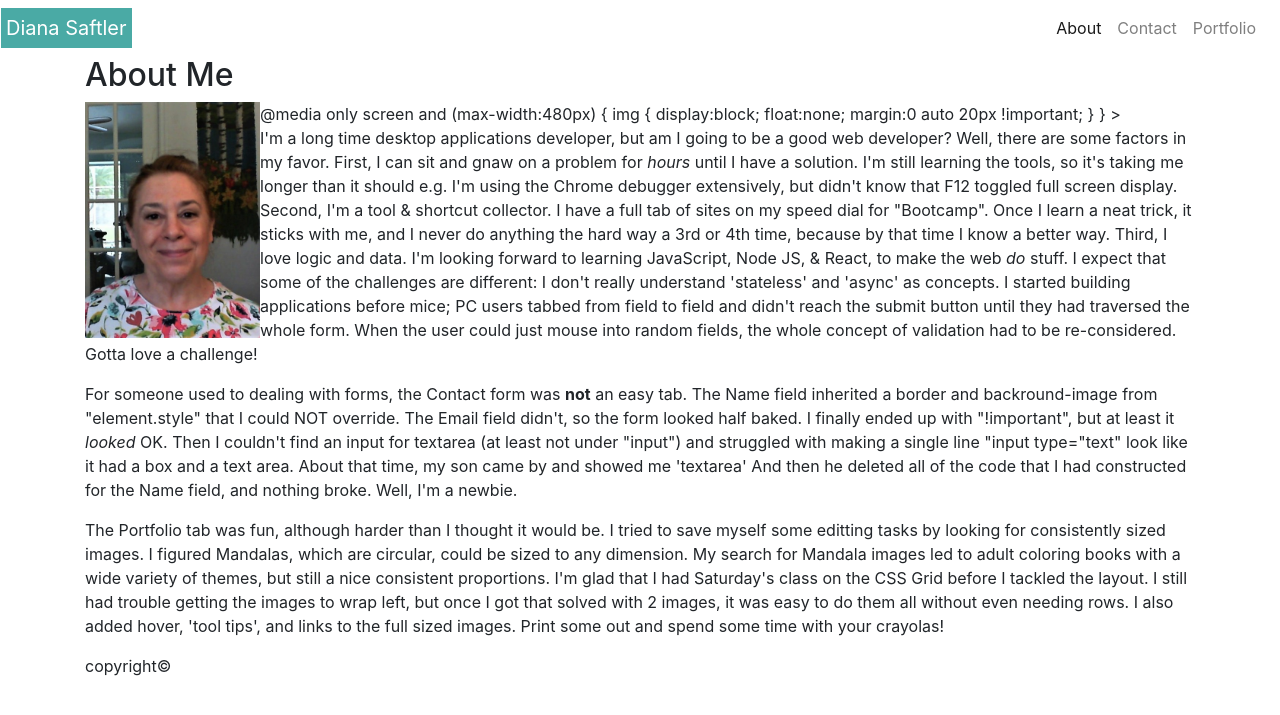
Repository: dsaftler/Bootstrap-Portfolio
Page: index.html
These files come from the project's save history. The page is drawn as it stood at one moment and after the next save; the edit follows.
The browser window is 1280 px wide. The pictures show the whole page.

Above is the page before, as saved 2019-03-21 00:13:06.

After the next save:
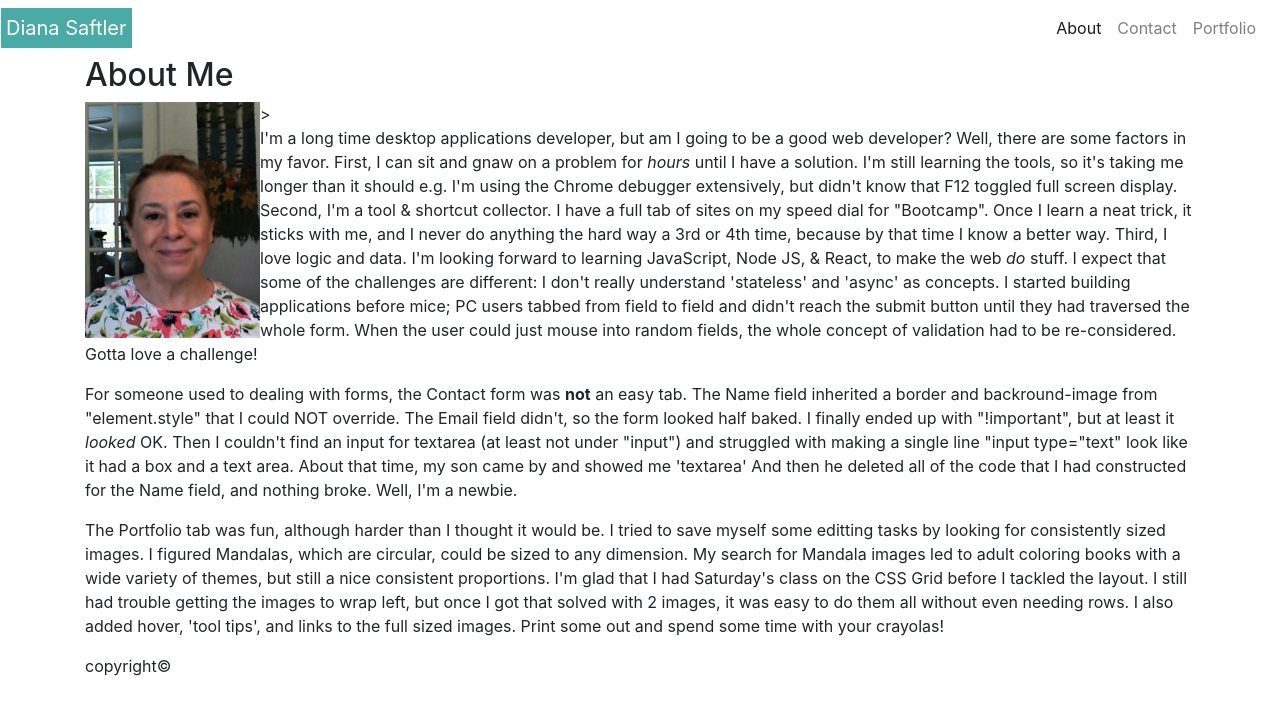
Saved 57 s later.
--- a/index.html
+++ b/index.html
@@ -40,7 +40,7 @@
         </div>
         <div class="row">
           <div class="col-sm-12">
-            <img src="assets/images/photo.jpg" alt="in my office" align="left"  width="175" <style type="text/css">
+            <img src="assets/images/photo.jpg" alt="in my office" align="left"  width="175"> <style type="text/css">
               @media only screen and (max-width:480px) {
                   img {
                       display:block;
